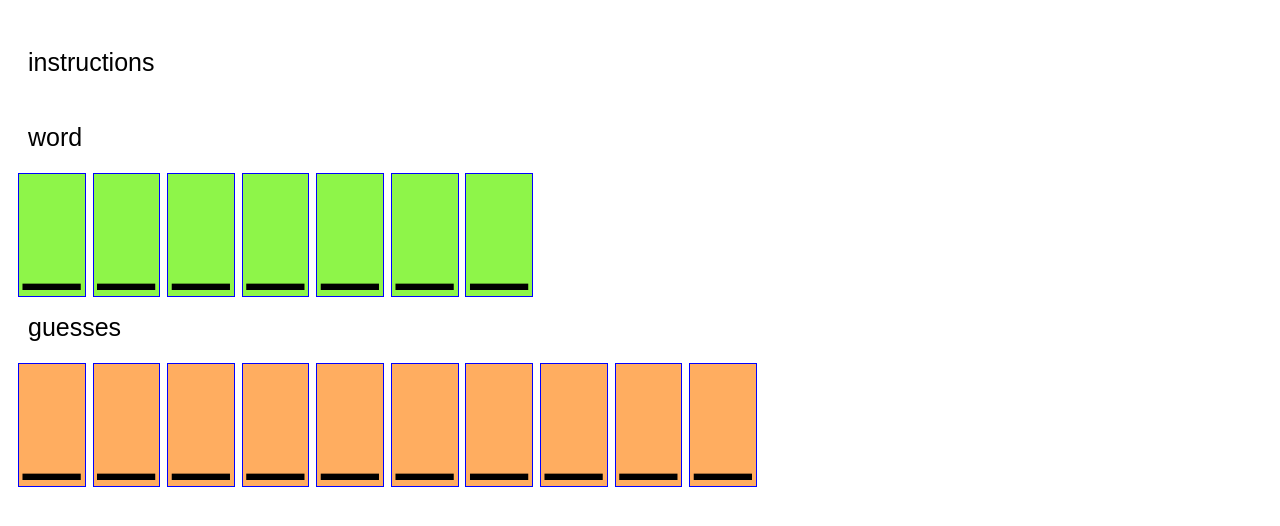
Repository: dsaftler/JavaScript
Page: index.html
The author's editor kept a copy of each file at every save. The page is drawn from the files as they stood at one save, then again after the next save.
The browser window is 1280 px wide. The pictures show the whole page.

Above is the page before, as saved 2019-03-28 17:02:37.

After the next save:
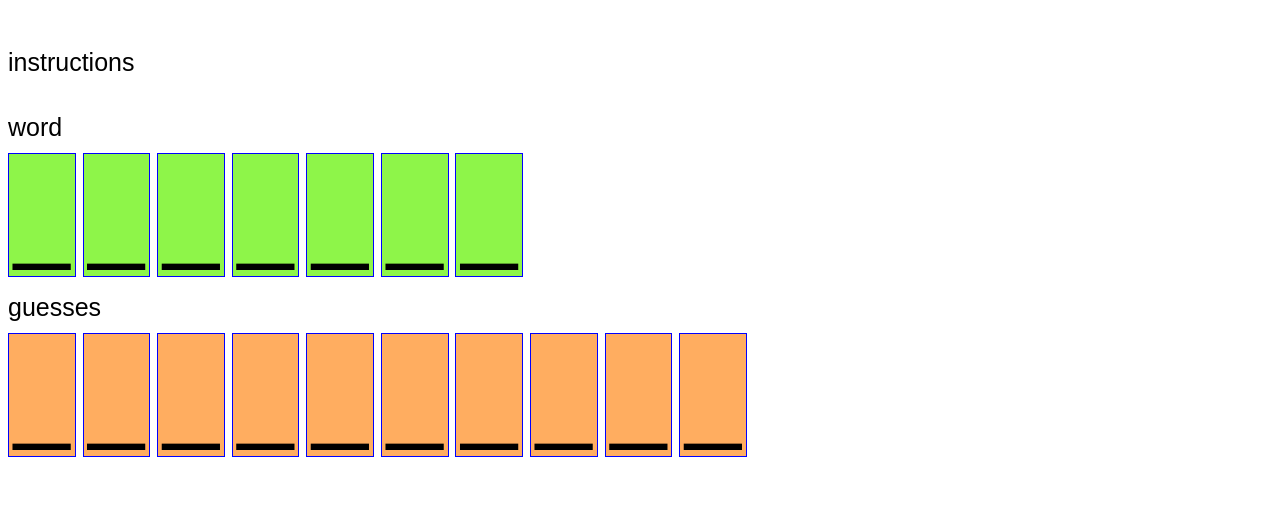
Saved 40 s later.
--- a/assets/css/style.css
+++ b/assets/css/style.css
@@ -1,6 +1,6 @@
 body {font-family: 'Ubuntu', sans-serif;}
 .showtext {height:35px;
-padding: 20px 10px;
+padding: 20px 0 10px;
 font-size: 25px;}
 .letter {font-size: 100px;
   display: inline;
